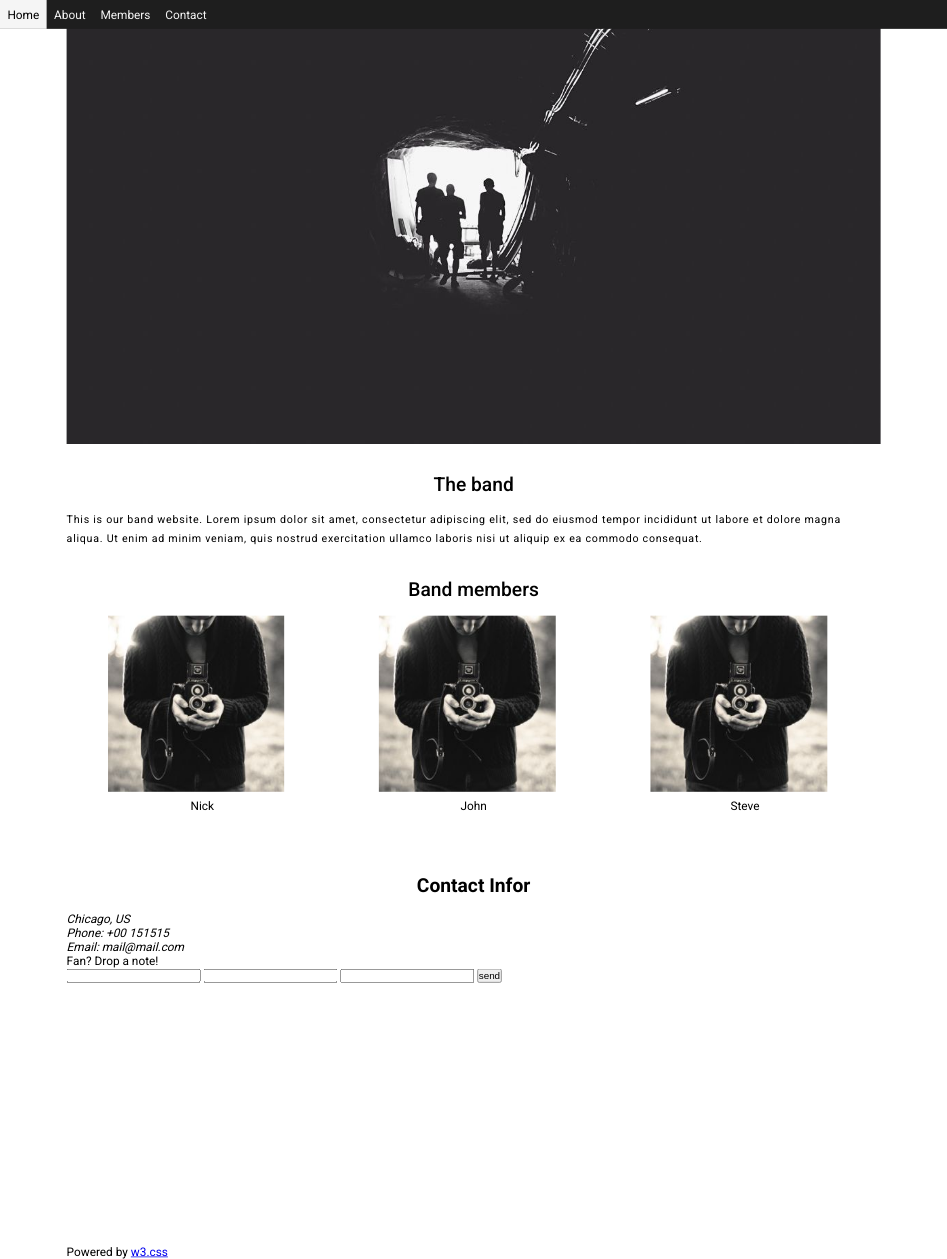
Repository: hieu-22/w3_band_UI
Page: index.html
These files come from the project's save history. The page is drawn as it stood at one moment and after a run of saves; the edit follows.
The browser window is 1280 px wide. The pictures show the whole page, at 74% of full size.

Above is the page before, as saved 2022-12-30 10:20:44.

### index.html
<!DOCTYPE html>
<html lang="en">
<head>
    <meta charset="UTF-8">
    <meta http-equiv="X-UA-Compatible" content="IE=edge">
    <meta name="viewport" content="width=device-width, initial-scale=1.0">
    <title>The band - by w3school</title>
    <link rel="stylesheet" href="assets/css/style.css">
    <link rel="preconnect" href="https://fonts.googleapis.com"><link rel="preconnect" href="https://fonts.gstatic.com" crossorigin><link href="https://fonts.googleapis.com/css2?family=Roboto:wght@100;300;400;500;700&display=swap" rel="stylesheet">
</head>
<body>
    <header class="header">
        <nav class="navigation-bar">
            <ul class="navigation-bar__list">
                <li class="navigation-bar__list-item">
                    Home
                </li>
                <li class="navigation-bar__list-item">
                    About
                </li>
                <li class="navigation-bar__list-item">
                    Members
                </li>
                <li class="navigation-bar__list-item">
                    Contact
                </li>
            </ul>
        </nav>
        <div class="banner"></div>
    </header>

    <main class="content">
        <div class="content__about">
            <h2 class="content__about-name">The band</h2>
            <p class="content__about-description"> This is our band website. Lorem ipsum dolor sit amet, consectetur adipiscing elit, sed do eiusmod tempor incididunt ut labore et dolore magna aliqua. Ut enim ad minim veniam, quis nostrud exercitation ullamco laboris nisi ut aliquip ex ea commodo consequat.
            </p>
        </div>
        <!-- end about -->

        <div class="content__members">
            <h2 class="content__members-header">Band members</h2>
            <div class="content__members-container">
                <div class="member">
                    <div class="member__img">
                        <img src="/assets/img/img_bandmember.jpg" alt="band member">
                    </div>
                    <p class="member__name">Nick</p>
                </div>
                <!-- member1 -->
                <div class="member">
                    <div class="member__img">
                        <img src="/assets/img/img_bandmember.jpg" alt="band member">
                    </div>
                    <p class="member__name">John</p>
                </div>
                <!-- member2 -->
                <div class="member">
                    <div class="member__img">
                        <img src="/assets/img/img_bandmember.jpg" alt="band member">
                    </div>
                    <p class="member__name">Steve</p>
                </div>
                <!-- member3 -->
            </div>
        </div>
        <!-- end members -->
        <div class="content__contact-infor">
            <h2 class="contact-infor__header">Contact Infor</h2>
            <address class="contact-infor__address">
                Chicago, US</br>
                Phone: +00 151515</br>
                Email: mail@mail.com
            </address>
            <p>Fan? Drop a note!</p>
            <form action="#">
                <input type="text">
                <input type="email">
                <input type="text">
                <button>send</button>
            </form>
            <div class="contact-infor__banner"></div>
        </div>
    </main>

    <footer>
        <p>Powered by <a href="#">w3.css</a></p>
    </footer>
</body>
</html>

### assets/css/style.css
* {
    box-sizing: border-box;
    padding: 0;
    margin: 0;

}

html {
    font-family: 'Roboto', sans-serif;
    font-size: 16px;
    width: 1100px;
    margin: auto;
}

.header {
    height: 600px;
}

.navigation-bar {
    position: absolute;
    top: 0;
    left: 0;
    width: 100%;
    background-color: rgb(30, 30, 30);
}

.navigation-bar__list {
    display: flex;
    justify-content: flex-start;
    align-items: center;
    border-radius: 2px;
    list-style-type: none;
}

.navigation-bar__list-item {
    padding: 10px;
    color: whitesmoke;
}
.navigation-bar__list-item:hover {
    background-color: whitesmoke;
    color: black;
    cursor: pointer;
}

.banner {
    height: 100%;
    width: auto;
    background-image: url('../img/img_la.jpg');
    background-size: cover;
}
/* main content */
.content__about {
    margin-top: 20px;
}

.content__about-name {
    font-weight: 500;
    text-align: center;
    font-size: 26px;
    padding: 20px 0;
}

.content__about-description {
    letter-spacing: 1px;
    line-height: 26px;
    font-size: 0.9rem;
}
/* end about */

.content__members {
    height: 400px;
    margin-top: 20px;
}
.content__members-header {
    font-weight: 500;
    text-align: center;
    width: 100%;
    padding: 20px 0;
    font-size: 26px;
}
.content__members-container {
    display: flex;
    justify-content: space-around;
}

.member__img {
    height: 80%;
}

.member__img img {
    height: 100%;
}

.member__name {
    text-align: center;
    padding: 10px;
}
/* end member */

.content__contact-infor {
    height: 500px;
    margin-top: 20px;
}

.content__contact-infor .contact-infor__header {
    margin: 20px 0;
    text-align: center;
    font-size: 26px;
}

.content__contact-infor .contact-infor__address {

}

After the next 2 saves:
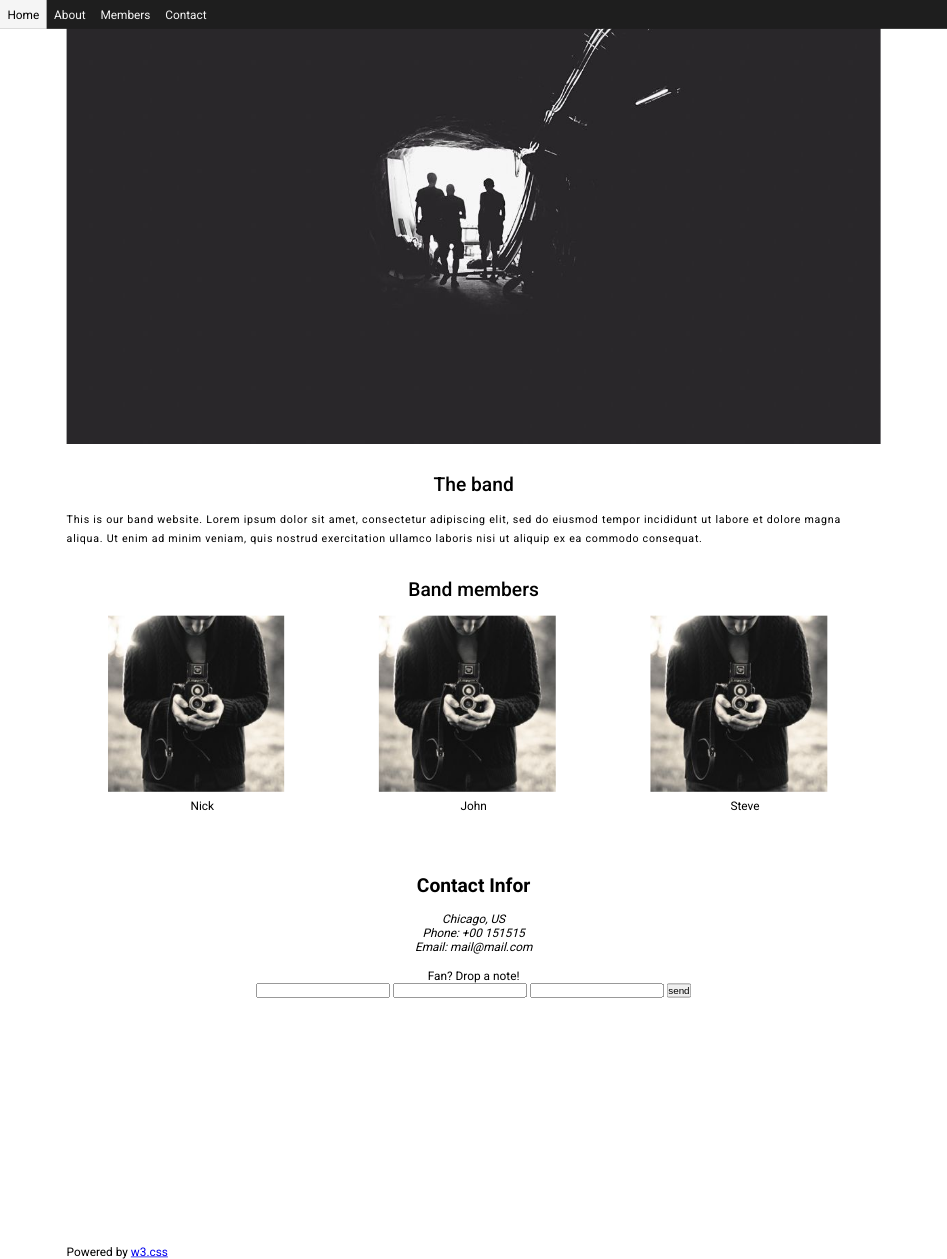
The 2 saves are shown as one change because they came seconds apart.
The last was saved 32 s later.
--- a/assets/css/style.css
+++ b/assets/css/style.css
@@ -100,14 +100,14 @@ html {
 .content__contact-infor {
     height: 500px;
     margin-top: 20px;
+    text-align: center;
 }
 
 .content__contact-infor .contact-infor__header {
     margin: 20px 0;
-    text-align: center;
     font-size: 26px;
 }
 
 .content__contact-infor .contact-infor__address {
-
+    margin: 20px 0;
 }
